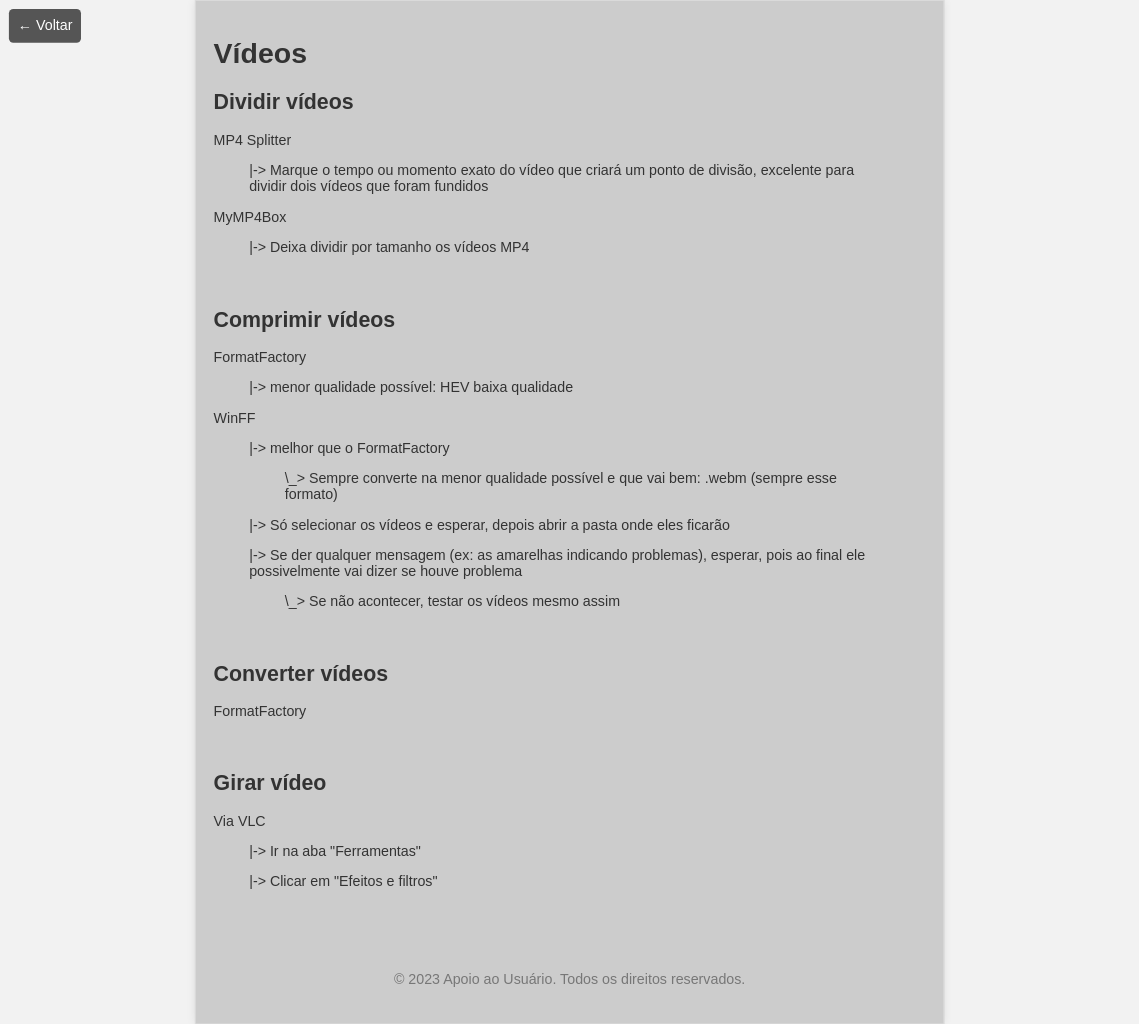
Repository: I4guito/dicasdez
Page: Dicas site/Dicas/sobrevideos.html
The author's editor kept a copy of each file at every save. The page is drawn from the files as they stood at one save, then again after the next save.
The browser window is 1280 px wide. The pictures show the whole page, at 89% of full size.

Above is the page before, as saved 2023-12-07 15:40:10.

### Dicas site/Dicas/sobrevideos.html
<!DOCTYPE html>
<html lang="pt-br">
<head>
    <meta charset="UTF-8">
    <meta name="viewport" content="width=device-width, initial-scale=1.0">
    <link rel="stylesheet" href="padrao.css">
    <script src="/Dicas site/script.js"></script>
    <title>Dicas 10 - Vídeos </title>
</head>
<body>
    <div class="container">
        <header>
        <a href="javascript:history.back()" class="voltar-btn">&#8592; Voltar</a>
            <h1> Vídeos </h1>
        </header>
        <section>
            <h2>Dividir vídeos  </h2>
            <ul>
                <li>MP4 Splitter
                    <blockquote>|-> Marque o tempo ou momento exato do vídeo que criará um ponto de divisão, excelente para dividir dois vídeos que foram fundidos</blockquote>
                </li>
                <li>MyMP4Box
                <blockquote>|-> Deixa dividir por tamanho os vídeos MP4</blockquote>
                </li>
            </ul>
        </section><br>

        <section>
            <h2> Comprimir vídeos </h2>
            <ul>
                <li>FormatFactory
                    <blockquote>|-> menor qualidade possível: HEV baixa qualidade</blockquote>
                </li>
                <li>WinFF
                    <blockquote>|-> melhor que o FormatFactory
                        <blockquote>\_> Sempre converte na menor qualidade possível e que vai bem: .webm (sempre esse formato)</blockquote>
                    </blockquote>
                    <blockquote>|-> Só selecionar os vídeos e esperar, depois abrir a pasta onde eles ficarão</blockquote>
                    <blockquote>|-> Se der qualquer mensagem (ex: as amarelhas indicando problemas), esperar, pois ao final ele possivelmente vai dizer se houve problema
                        <blockquote>\_> Se não acontecer, testar os vídeos mesmo assim</blockquote>
                    </blockquote>
                </li>
            </ul>
        </section><br>



        <section>
            <h2> Converter vídeos </h2>
            <ul>
                <li>FormatFactory</li>
                <li></li>
            </ul>
        </section><br>

        <section>
            <h2>Girar vídeo  </h2>
            <ul>
                <li>Via VLC
                    <blockquote>|-> Ir na aba "Ferramentas"</blockquote>
                    <blockquote>|-> Clicar em "Efeitos e filtros"</blockquote>
                    <blockquote></blockquote>
                    <blockquote></blockquote>
                    <blockquote></blockquote>
                </li>

            </ul>
        </section><br>



        <section>
            <h2>  </h2>
            <ul>
                <li></li>
                <li></li>
            </ul>
        </section><br>


        <footer>
            <p>&copy; 2023 Apoio ao Usuário. Todos os direitos reservados.</p>
        </footer>
    </div>
</body>
</html>

### Dicas site/Dicas/padrao.css
body {
    font-family: 'Arial', sans-serif;
    margin: 0;
    padding: 0;
    background-color: #f2f2f2;
    color:#fff
}

.container {
    max-width: 800px;
    margin: 0 auto;
    background-color: #ccc;
    padding: 20px;
    box-shadow: 0 0 10px rgba(0, 0, 0, 0.1);
    border: 1px solid #ddd;
    color: #333;
}

header, section, footer {
    margin-bottom: 20px;
}

header h1, section h2 {
    color: #333;
}

ul {
    list-style: none;
    padding: 0;
}

li {
    margin-bottom: 10px;
}

footer {
    text-align: center;
    color: #777;
}

.voltar-btn {
    position: absolute;
    left: 10px;
    top: 10px;
    text-decoration: none;
    color: #fff;
    font-size: 16px;
    padding: 10px;
    background-color: #555;
    border: none;
    border-radius: 5px;
    cursor: pointer;
    transition: background-color 0.3s;
}

.voltar-btn:hover {
    background-color: #777;
}

img {

    margin-inline: 5cm;
    max-width: 100%;
    border-radius: 3%;
}

.link-instrucoes {
    font-family:cursive;
    width: 50px;
    left: 10px;
    text-decoration: none;
    color: #fff;
    font-size: 25px;
    padding: 3px;
    background-color: #555;
    border: none;
    border-radius: 10px;
    cursor: pointer;
    transition:  background-color 0.3s;
}

.link-instrucoes:hover {
    background-color:#777
}

.step {
    max-width: 800px;
    margin: 0 auto;
    background-color: #333;
    padding: 20px;
    box-shadow: 0 0 10px rgba(0, 0, 0, 0.1);
    border: 1px solid #ddd;
    color: #333;
    margin-bottom: 40px;
    padding: 20px;
    border-radius: 8px;
    box-shadow: 0 4px 8px rgba(0, 0, 0, 0.1);
}



.container img {
    display: block;
    max-width: 35%;
    height: auto;
    display: block;
    margin: 20px auto;
    border-radius: 8px;
    box-shadow: 0 4px 8px rgba(0, 0, 0, 0.1);


}

.image-zoom input[type="checkbox"] {
    display: none;
}

.image-zoom img {
    max-width: 100%;
    height: auto;
    cursor: pointer;
    transition: transform 0.3s ease-in-out;
}

.image-zoom input[type="checkbox"]:checked + img {
    transform: scale(1.5);
}

### Dicas site/script.js
function filterItems() {
    var searchBar = document.getElementById('searchBar');
    var filter = searchBar.value.toUpperCase();

    var columns = document.getElementsByClassName('column');
    for (var i = 0; i < columns.length; i++) {
        var boxes = columns[i].getElementsByClassName('box');
        for (var j = 0; j < boxes.length; j++) {
            var item = boxes[j];
            var textValue = item.textContent || item.innerText;
            if (textValue.toUpperCase().indexOf(filter) > -1) {
                item.style.display = "";
            } else {
                item.style.display = "none";
            }
        }
    }
}

function openPage(pageName) {
    window.location.href = pageName + '.html';
}

const isOpera = navigator.userAgent.indexOf("OPR") > -1;

if (isOpera) {
    document.addEventListener("DOMContentLoaded", function () {
        const containers = document.querySelectorAll(".container");
        containers.forEach(function (container) {
            container.style.backgroundColor = "#005c4b";
            container.style.color = "#333";
        });
    });
}

After the next save:
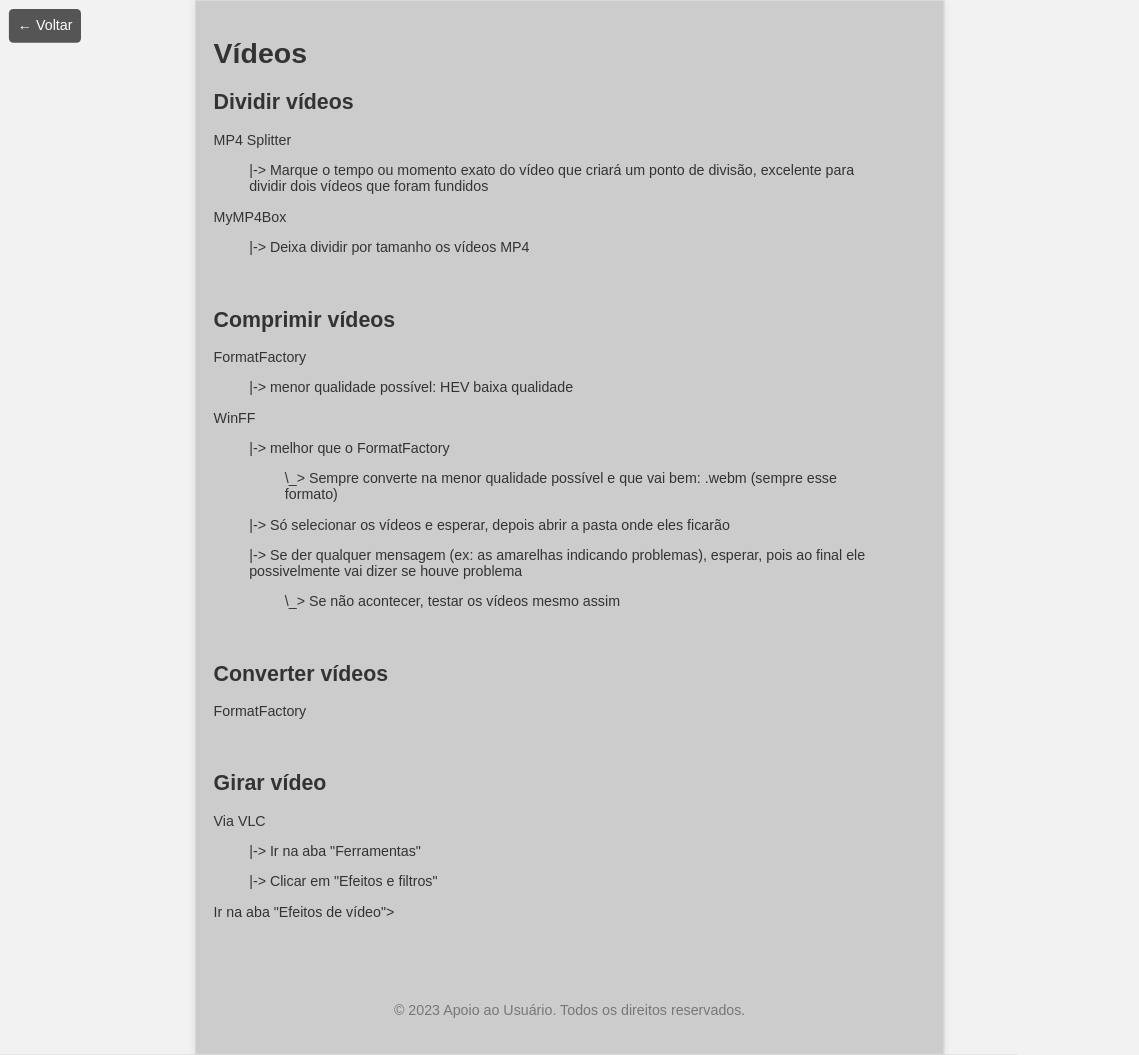
Saved 10 s later.
--- a/Dicas site/Dicas/sobrevideos.html
+++ b/Dicas site/Dicas/sobrevideos.html
@@ -59,7 +59,7 @@
                 <li>Via VLC
                     <blockquote>|-> Ir na aba "Ferramentas"</blockquote>
                     <blockquote>|-> Clicar em "Efeitos e filtros"</blockquote>
-                    <blockquote></blockquote>
+                    <blockquote|-> Ir na aba "Efeitos de vídeo"></blockquote|->
                     <blockquote></blockquote>
                     <blockquote></blockquote>
                 </li>
